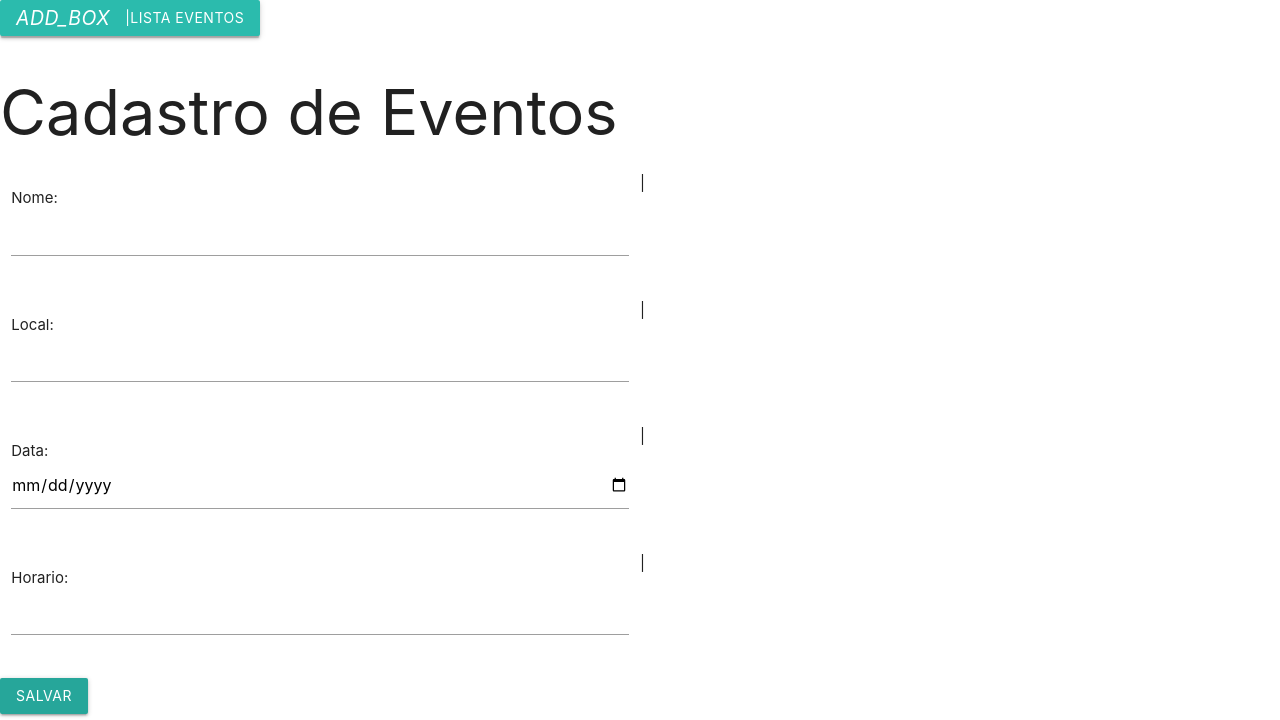
Repository: missicipi/SistemaEvento
Page: http://localhost/Evento/formEvento
These files come from the project's save history. The page is drawn as it stood at one moment and after the next save; the edit follows.
The browser window is 1280 px wide. The pictures show the whole page.
The page is this project's Thymeleaf template; nobody is signed in. The template is opened directly, without the code that normally fills it, so the values that code supplies are empty.

Above is the page before, as saved 2020-02-06 10:50:00.

After the next save:
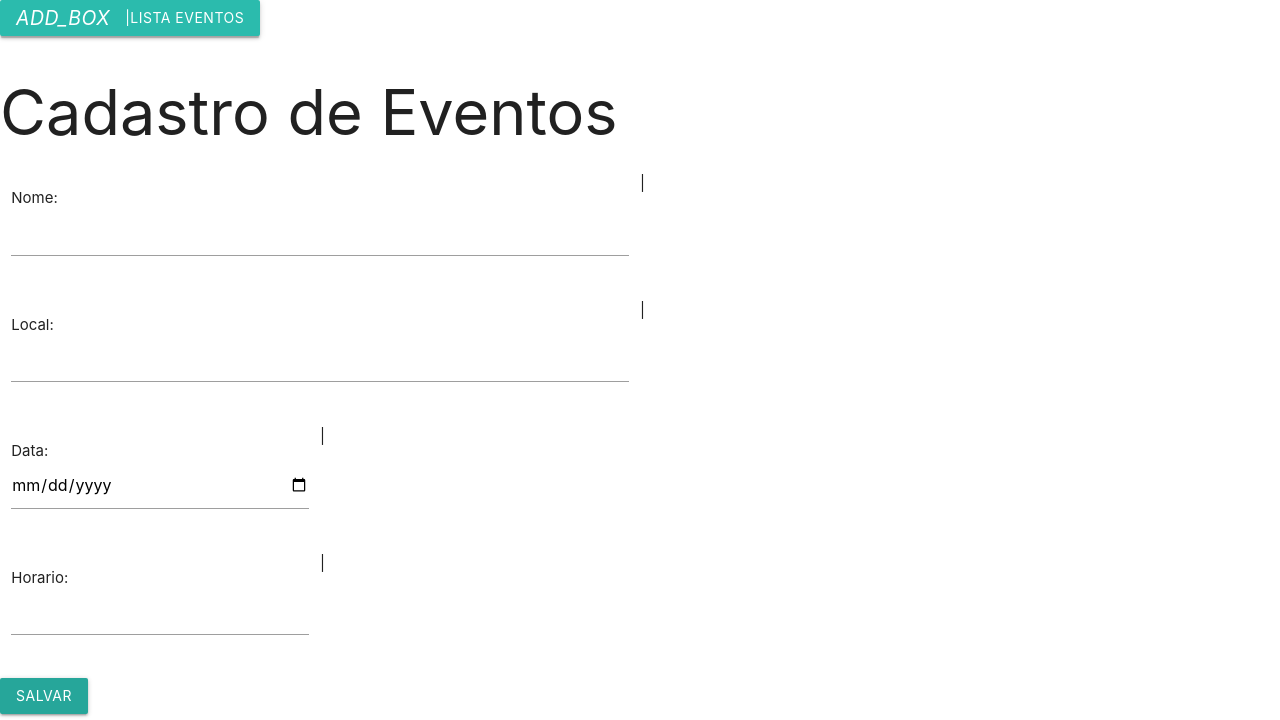
Saved 65 s later.
--- a/gerandotabelas/src/main/resources/templates/Evento/formEvento.html
+++ b/gerandotabelas/src/main/resources/templates/Evento/formEvento.html
@@ -26,12 +26,12 @@
 	Local: <input type="text" value=" " name="local"/><br></div>
 	</div>
 	<div class="row">
-	|<div class="input-field col s6">
+	|<div class="input-field col s3">
 	Data: <input type="date" value=" " name="data"/><br>
 	</div>
 	</div>
 	<div class="row">
-	|<div class="input-field col s6">
+	|<div class="input-field col s3">
 	Horario: <input type="text" value=" " name="horario"/><br>
 	</div>
 	</div>
